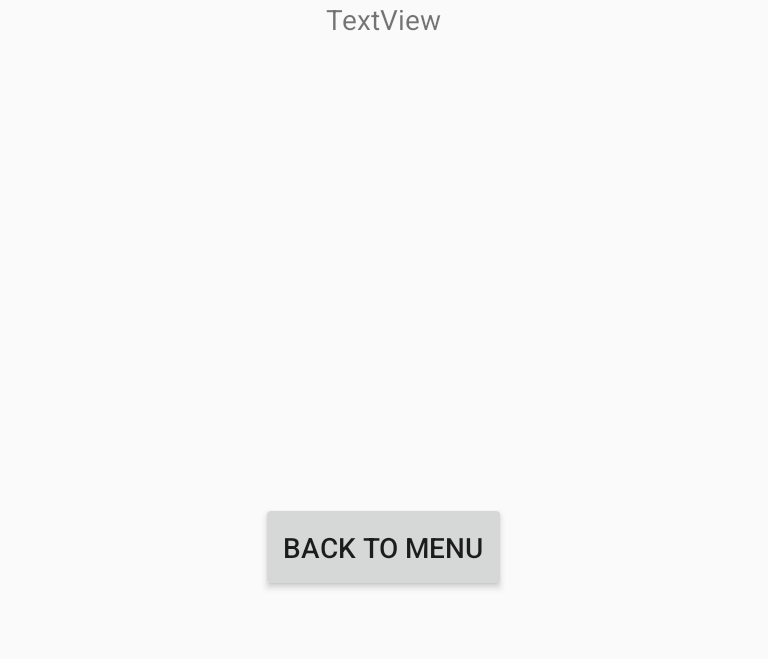
Repository: klund101/OticonHearingEvaluation
Layout: hearing_evaluation/res/layout/activity_result.xml
An editor plug-in stored every save of this project. The layout is shown before and after the next save, followed by the edit.
The pictures show rows 621 to 1280 of an output 1280 px tall.
It is drawn on a 768 x 1280 px phone screen (xhdpi) without system bars, with theme AppTheme; the app's code is not run.

Above is the layout before, as saved 2015-09-14 13:35:07.

After the next save:
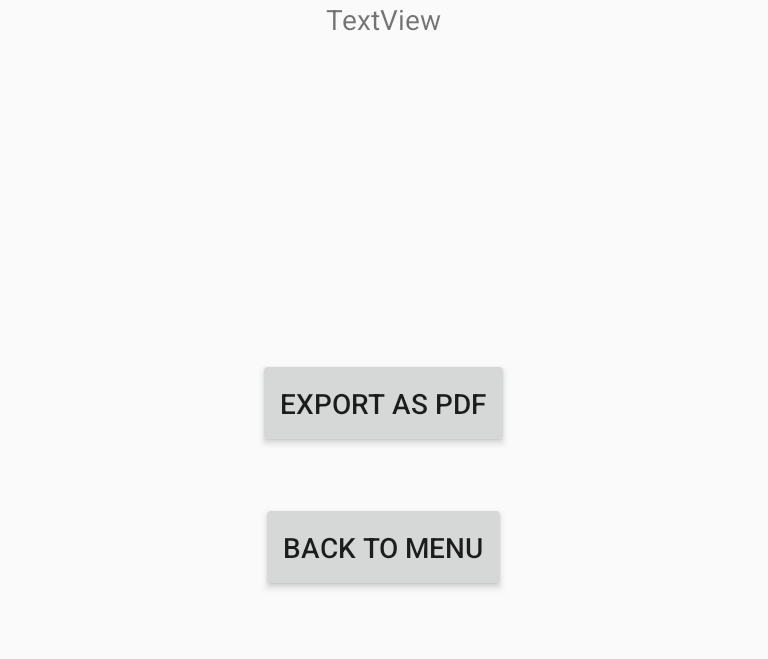
Saved 111 s later.
--- a/hearing_evaluation/res/layout/activity_result.xml
+++ b/hearing_evaluation/res/layout/activity_result.xml
@@ -40,4 +40,13 @@
         android:layout_centerVertical="true"
         android:text="TextView" />
 
+    <Button
+        android:id="@+id/btnExportPdf"
+        android:layout_width="wrap_content"
+        android:layout_height="wrap_content"
+        android:layout_above="@+id/btnBackToMenu"
+        android:layout_centerHorizontal="true"
+        android:layout_marginBottom="24dp"
+        android:text="Export as PDF" />
+
 </RelativeLayout>
